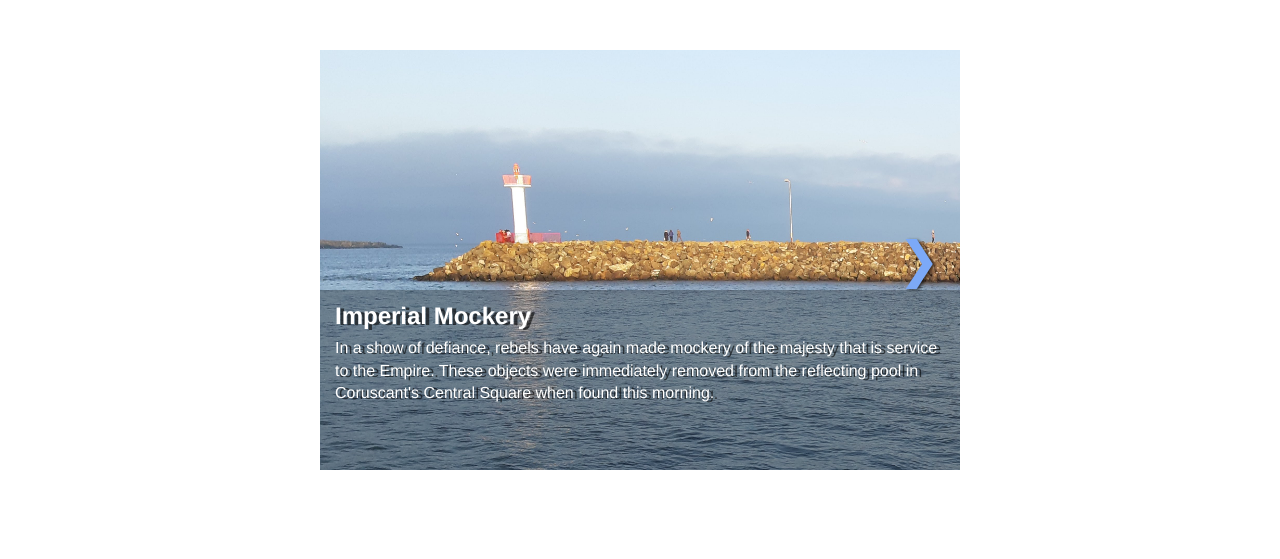
Repository: fmallett/HappyOut
Page: / (app in PhotoSlider/)
These files come from the project's save history. The page is drawn as it stood at one moment and after the next save; the edit follows.
The browser window is 1280 px wide. The pictures show the whole page.
The project was rebuilt for these pictures with package versions that can differ from the ones it lists, and the page was loaded fresh each time. Also part of the build but not shown: PhotoSlider/webpack.config.js.

Above is the page before, as saved 2019-11-29 14:40:02.

After the next save:
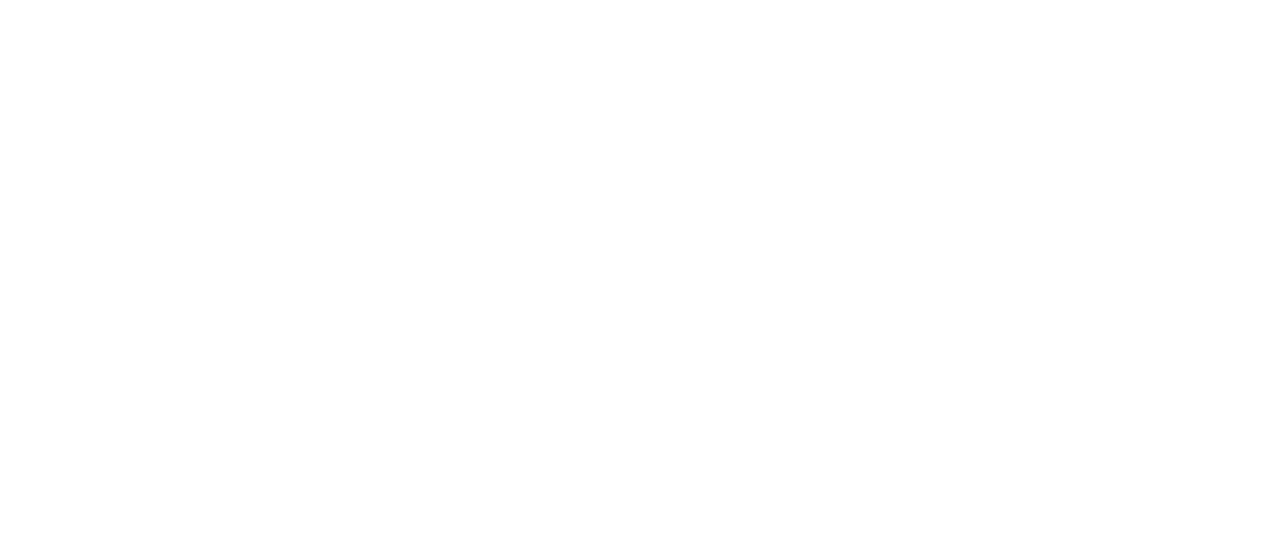
Console error: ReferenceError: carouselStyles is not defined
Saved 2 s later.
--- a/PhotoSlider/src/app.js
+++ b/PhotoSlider/src/app.js
@@ -45,7 +45,7 @@
           nav={this.renderNav()}
           width={configStyles.imageWidth}
         >
-          <Slide image={require('./images/1.jpg')} title="Imperial Mockery" resizeMode={'contain'}>
+          <Slide image={require('./images/1.jpg')} title="Imperial Mockery" resizeMode={'contain'} style={carouselStyles}>
             In a show of defiance, rebels have again made mockery of the majesty
             that is service to the Empire. These objects were immediately
             removed from the reflecting pool in Coruscant's Central Square when

After the 2 saves that followed:
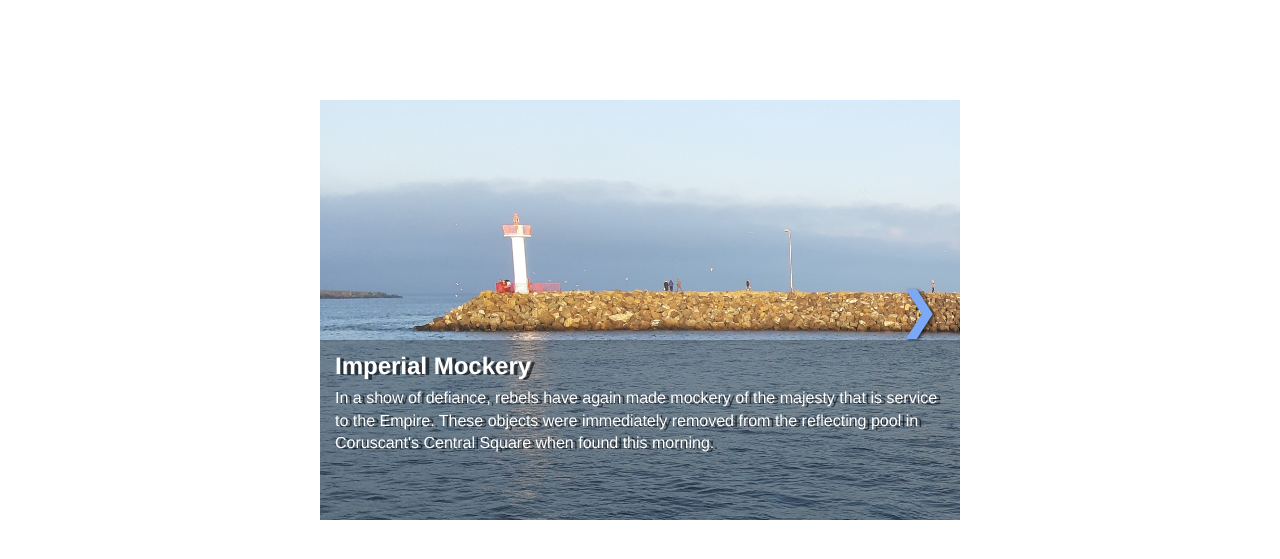
The error is gone.
The 2 saves are shown as one change because 1 left the picture as it was.
The last was saved 100 s later.
--- a/PhotoSlider/src/app.js
+++ b/PhotoSlider/src/app.js
@@ -45,7 +45,7 @@
           nav={this.renderNav()}
           width={configStyles.imageWidth}
         >
-          <Slide image={require('./images/1.jpg')} title="Imperial Mockery" resizeMode={'contain'} style={carouselStyles}>
+          <Slide image={require('./images/1.jpg')} title="Imperial Mockery">
             In a show of defiance, rebels have again made mockery of the majesty
             that is service to the Empire. These objects were immediately
             removed from the reflecting pool in Coruscant's Central Square when
--- a/PhotoSlider/src/frame-styles.js
+++ b/PhotoSlider/src/frame-styles.js
@@ -4,6 +4,6 @@
   root: {
     maxWidth: '100%',
     width: config.imageWidth,
-    margin: '50px auto'
+    margin: '100px auto'
   }
 }
